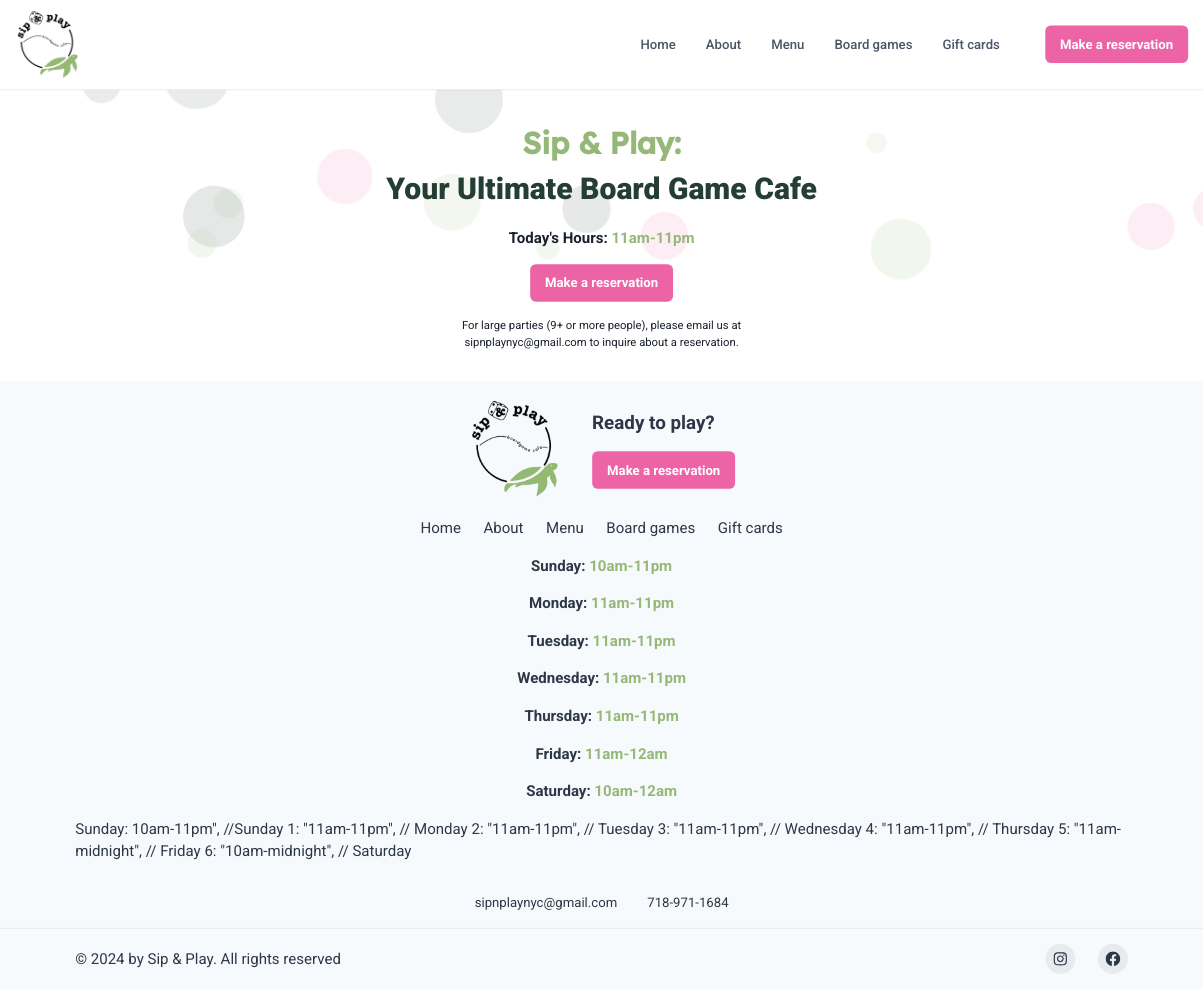
Repository: natespinetti/codedexsummerhackathon
Page: /
These files come from the project's save history. The page is drawn as it stood at one moment and after the next save; the edit follows.
The browser window is 1280 px wide. The pictures show the whole page, at 94% of full size.
The project was rebuilt for these pictures with package versions that can differ from the ones it lists, and the page was loaded fresh each time. The framework's server and built-in components were replaced by stand-ins that run in the browser. Also part of the build but not shown: next.config.mjs.

Above is the page before, as saved 2024-07-11 15:54:39.

### app/layout.tsx
"use client";
import Head from "next/head";
import React from "react";
import Header from "./components/Header";
import Footer from "./components/Footer";
import { Providers } from "./components/Providers";

export default function RootLayout({
  children,
}: {
  children: React.ReactNode;
}) {
  return (
    <html lang="en">
      <Head>
        <title>Sip & Play</title>
        <meta name="description" content="Board games and boba!" />
        <meta name="viewport" content="width=device-width, initial-scale=1" />
        <link rel="icon" href="/favicons/favicon.ico" />
      </Head>
      <body>
        <Providers>
          <Header />
          <main>{children}</main>
          <Footer />
        </Providers>
      </body>
    </html>
  );
}

### app/page.tsx
import Image from "next/image";
import HomeHero from "./components/HomeHero";

export default function Home() {
  return (
    <>
      <HomeHero />
    </>
  );
}

### app/components/Header.tsx
"use client";

import {
  Box,
  Flex,
  Text,
  IconButton,
  Button,
  Stack,
  Collapse,
  Icon,
  Popover,
  PopoverTrigger,
  PopoverContent,
  useColorModeValue,
  useBreakpointValue,
  Image,
  useDisclosure,
} from "@chakra-ui/react";
import {
  HamburgerIcon,
  CloseIcon,
  ChevronDownIcon,
  ChevronRightIcon,
} from "@chakra-ui/icons";
import CurrentDayHours from "./CurrentDaysHours";

export default function Header() {
  const { isOpen, onToggle } = useDisclosure();

  return (
    <Box>
      <Flex
        bg={useColorModeValue("white", "gray.800")}
        color={useColorModeValue("gray.600", "white")}
        minH={"60px"}
        py={{ base: 2 }}
        px={{ base: 4 }}
        borderBottom={1}
        borderStyle={"solid"}
        borderColor={useColorModeValue("gray.200", "gray.900")}
        align={"center"}
      >
        <Flex
          flex={{ base: 1, md: "auto" }}
          ml={{ base: -2 }}
          display={{ base: "flex", md: "none" }}
        >
          <IconButton
            onClick={onToggle}
            icon={
              isOpen ? <CloseIcon w={3} h={3} /> : <HamburgerIcon w={5} h={5} />
            }
            variant={"ghost"}
            aria-label={"Toggle Navigation"}
          />
        </Flex>
        <Flex flex={{ base: 1 }} justify={{ base: "center", md: "start" }}>
          <Text
            textAlign={useBreakpointValue({ base: "center", md: "left" })}
            fontFamily={"heading"}
            color={useColorModeValue("gray.800", "white")}
          >
            <Image
              maxW="70px"
              src="/logos/sipnplay2.png"
              alt="Sip & Play Logo"
            />
          </Text>

          <Flex
            display={{ base: "none", md: "flex" }}
            mr={10}
            alignItems="center"
            ml="auto"
          >
            <DesktopNav />
          </Flex>
        </Flex>

        <Stack
          flex={{ base: 1, md: 0 }}
          justify={"flex-end"}
          direction={"row"}
          spacing={6}
        >
          {/* <Button
            as={"a"}
            fontSize={"sm"}
            fontWeight={400}
            variant={"link"}
            href={"#"}
          >
            Sign In
          </Button> */}
          <Button
            as={"a"}
            display={{ base: "none", md: "inline-flex" }}
            fontSize={"sm"}
            fontWeight={600}
            color={"white"}
            bg={"pink.400"}
            href={"https://www.exploretock.com/sipnplay/"}
            target="_blank"
            _hover={{
              bg: "pink.300",
            }}
          >
            Make a reservation
          </Button>
        </Stack>
      </Flex>

      <Collapse in={isOpen} animateOpacity>
        <MobileNav />
      </Collapse>
    </Box>
  );
}

const DesktopNav = () => {
  const linkColor = useColorModeValue("gray.600", "gray.200");
  const linkHoverColor = useColorModeValue("gray.800", "white");
  const popoverContentBgColor = useColorModeValue("white", "gray.800");

  return (
    <Stack direction={"row"} spacing={4}>
      {NAV_ITEMS.map((navItem) => (
        <Box key={navItem.label}>
          <Popover trigger={"hover"} placement={"bottom-start"}>
            <PopoverTrigger>
              <Box
                as="a"
                p={2}
                href={navItem.href ?? "#"}
                fontSize={"sm"}
                fontWeight={500}
                color={linkColor}
                _hover={{
                  textDecoration: "none",
                  color: linkHoverColor,
                }}
              >
                {navItem.label}
              </Box>
            </PopoverTrigger>

            {navItem.children && (
              <PopoverContent
                border={0}
                boxShadow={"xl"}
                bg={popoverContentBgColor}
                p={4}
                rounded={"xl"}
                minW={"sm"}
              >
                <Stack>
                  {navItem.children.map((child) => (
                    <DesktopSubNav key={child.label} {...child} />
                  ))}
                </Stack>
              </PopoverContent>
            )}
          </Popover>
        </Box>
      ))}
    </Stack>
  );
};

const DesktopSubNav = ({ label, href, subLabel }: NavItem) => {
  return (
    <Box
      as="a"
      href={href}
      role={"group"}
      display={"block"}
      p={2}
      rounded={"md"}
      _hover={{ bg: useColorModeValue("pink.50", "gray.900") }}
    >
      <Stack direction={"row"} align={"center"}>
        <Box>
          <Text
            transition={"all .3s ease"}
            _groupHover={{ color: "pink.400" }}
            fontWeight={500}
          >
            {label}
          </Text>
          <Text fontSize={"sm"}>{subLabel}</Text>
        </Box>
        <Flex
          transition={"all .3s ease"}
          transform={"translateX(-10px)"}
          opacity={0}
          _groupHover={{ opacity: "100%", transform: "translateX(0)" }}
          justify={"flex-end"}
          align={"center"}
          flex={1}
        >
          <Icon color={"pink.400"} w={5} h={5} as={ChevronRightIcon} />
        </Flex>
      </Stack>
    </Box>
  );
};

const MobileNav = () => {
  return (
    <Stack
      bg={useColorModeValue("white", "gray.800")}
      p={4}
      display={{ md: "none" }}
    >
      {NAV_ITEMS.map((navItem) => (
        <MobileNavItem key={navItem.label} {...navItem} />
      ))}
    </Stack>
  );
};

const MobileNavItem = ({ label, children, href }: NavItem) => {
  const { isOpen, onToggle } = useDisclosure();

  return (
    <Stack spacing={4} onClick={children && onToggle}>
      <Box
        py={2}
        as="a"
        href={href ?? "#"}
        justifyContent="space-between"
        alignItems="center"
        _hover={{
          textDecoration: "none",
        }}
      >
        <Text
          fontWeight={600}
          color={useColorModeValue("gray.600", "gray.200")}
        >
          {label}
        </Text>
        {children && (
          <Icon
            as={ChevronDownIcon}
            transition={"all .25s ease-in-out"}
            transform={isOpen ? "rotate(180deg)" : ""}
            w={6}
            h={6}
          />
        )}
      </Box>

      <Collapse in={isOpen} animateOpacity style={{ marginTop: "0!important" }}>
        <Stack
          mt={2}
          pl={4}
          borderLeft={1}
          borderStyle={"solid"}
          borderColor={useColorModeValue("gray.200", "gray.700")}
          align={"start"}
        >
          {children &&
            children.map((child) => (
              <Box as="a" key={child.label} py={2} href={child.href}>
                {child.label}
              </Box>
            ))}
        </Stack>
      </Collapse>
    </Stack>
  );
};

interface NavItem {
  label: string;
  subLabel?: string;
  children?: Array<NavItem>;
  href?: string;
}

const NAV_ITEMS: Array<NavItem> = [
  {
    label: "Home",
    href: "/",
  },
  {
    label: "About",
    children: [
      {
        label: "Our story",
        subLabel: "Where it all started",
        href: "#",
      },
      {
        label: "Feedback",
        subLabel: "Let us know what you think",
        href: "#",
      },
    ],
  },
  {
    label: "Menu",
    children: [
      {
        label: "Coffee",
        subLabel: "Hot and iced coffee options",
        href: "#",
      },
      {
        label: "Specialty drinks",
        subLabel: "Spice it up with flavors and teas",
        href: "#",
      },
      {
        label: "Boba",
        subLabel: "Who doesn't love boba?",
        href: "#",
      },
      {
        label: "Hot bites",
        subLabel: "Some snacks while you play",
        href: "#",
      },
      {
        label: "Sandwiches & salads",
        subLabel: "Need something more? This is the place",
        href: "#",
      },
      {
        label: "Seasonal specials",
        subLabel: "Bevs to fit the season",
        href: "#",
      },
      {
        label: "Beer/wine",
        subLabel: "Rotating menu from local breweries",
        href: "#",
      },
    ],
  },
  {
    label: "Board games",
    href: "#",
  },
  {
    label: "Gift cards",
    href: "#",
  },
];

### app/components/Footer.tsx
"use client";

import {
  Box,
  chakra,
  Container,
  Stack,
  Text,
  useColorModeValue,
  Button,
  Image,
  VisuallyHidden,
} from "@chakra-ui/react";
import { FaInstagram, FaTwitter, FaYoutube, FaFacebook } from "react-icons/fa";
import { ReactNode } from "react";

const SocialButton = ({
  children,
  label,
  href,
}: {
  children: ReactNode;
  label: string;
  href: string;
}) => {
  return (
    <chakra.button
      bg={useColorModeValue("blackAlpha.100", "whiteAlpha.100")}
      rounded={"full"}
      w={8}
      h={8}
      cursor={"pointer"}
      as={"a"}
      href={href}
      display={"inline-flex"}
      alignItems={"center"}
      justifyContent={"center"}
      transition={"background 0.3s ease"}
      _hover={{
        bg: useColorModeValue("blackAlpha.200", "whiteAlpha.200"),
      }}
    >
      <VisuallyHidden>{label}</VisuallyHidden>
      {children}
    </chakra.button>
  );
};

export default function Footer() {
  return (
    <Box
      bg={useColorModeValue("gray.50", "gray.900")}
      color={useColorModeValue("gray.700", "gray.200")}
    >
      <Container
        as={Stack}
        maxW={"6xl"}
        py={4}
        spacing={4}
        justify={"center"}
        align={"center"}
      >
        <Box display="flex" flexDir="row" alignItems="center" gridGap="2rem">
          <Image
            maxW="100px"
            src="/logos/sipnplay2.png"
            alt="Sip & Play Logo"
          />
          <Box>
            <Text fontWeight={700} fontSize="20px" pb="1rem">
              Ready to play?
            </Text>
            <Button
              as={"a"}
              display={{ base: "none", md: "inline-flex" }}
              fontSize={"sm"}
              fontWeight={600}
              color={"white"}
              bg={"pink.400"}
              href={"https://www.exploretock.com/sipnplay/"}
              target="_blank"
              _hover={{
                bg: "pink.300",
              }}
            >
              Make a reservation
            </Button>
          </Box>
        </Box>
        <Stack direction={"row"} spacing={6}>
          <Box as="a" href={"#"}>
            Home
          </Box>
          <Box as="a" href={"#"}>
            About
          </Box>
          <Box as="a" href={"#"}>
            Menu
          </Box>
          <Box as="a" href={"#"}>
            Board games
          </Box>
          <Box as="a" href={"#"}>
            Gift cards
          </Box>
        </Stack>
        <Text fontWeight="bold">
          Sunday:{" "}
          <Text color="#95b878" as="span">
            10am-11pm
          </Text>
        </Text>
        <Text fontWeight="bold">
          Monday:{" "}
          <Text color="#95b878" as="span">
            11am-11pm
          </Text>
        </Text>
        <Text fontWeight="bold">
          Tuesday:{" "}
          <Text color="#95b878" as="span">
            11am-11pm
          </Text>
        </Text>
        <Text fontWeight="bold">
          Wednesday:{" "}
          <Text color="#95b878" as="span">
            11am-11pm
          </Text>
        </Text>
        <Text fontWeight="bold">
          Thursday:{" "}
          <Text color="#95b878" as="span">
            11am-11pm
          </Text>
        </Text>
        <Text fontWeight="bold">
          Friday:{" "}
          <Text color="#95b878" as="span">
            11am-12am
          </Text>
        </Text>
        <Text fontWeight="bold">
          Saturday:{" "}
          <Text color="#95b878" as="span">
            10am-12am
          </Text>
        </Text>
        <Text>
          Sunday: 10am-11pm", //Sunday 1: "11am-11pm", // Monday 2: "11am-11pm",
          // Tuesday 3: "11am-11pm", // Wednesday 4: "11am-11pm", // Thursday 5:
          "11am-midnight", // Friday 6: "10am-midnight", // Saturday
        </Text>
        <Box
          display="flex"
          flexDir="row"
          gridGap="2rem"
          fontSize="14px"
          mt="1rem"
        >
          <Text as="a" href={"mailto:sipnplaynyc@gmail.com"}>
            sipnplaynyc@gmail.com
          </Text>
          <Text as="a" href={"tel:718-971-1684"}>
            718-971-1684
          </Text>
        </Box>
      </Container>

      <Box
        borderTopWidth={1}
        borderStyle={"solid"}
        borderColor={useColorModeValue("gray.200", "gray.700")}
      >
        <Container
          as={Stack}
          maxW={"6xl"}
          py={4}
          direction={{ base: "column", md: "row" }}
          spacing={4}
          justify={{ base: "center", md: "space-between" }}
          align={{ base: "center", md: "center" }}
        >
          <Text>© 2024 by Sip & Play. All rights reserved</Text>
          <Stack direction={"row"} spacing={6}>
            <SocialButton
              label={"Instagram"}
              href={"https://www.instagram.com/sipnplaynyc/?hl=en"}
            >
              <FaInstagram />
            </SocialButton>
            <SocialButton
              label={"Facebook"}
              href={"https://www.facebook.com/sipnplaynyc/"}
            >
              <FaFacebook />
            </SocialButton>
          </Stack>
        </Container>
      </Box>
    </Box>
  );
}

### app/components/Providers.tsx
import { SPTheme } from "@/ui/theme/theme";
import { ChakraProvider } from "@chakra-ui/react";
import { ReactNode } from "react";

export function Providers({ children }: { children: ReactNode }) {
  return <ChakraProvider theme={SPTheme}>{children}</ChakraProvider>;
}

### app/components/HomeHero.tsx
"use client";
import { Box, Text, Button, keyframes } from "@chakra-ui/react";
import CurrentDayHours from "./CurrentDaysHours";

const bubbleAnimation = keyframes`
  0% {
    transform: translateY(100px) scale(1);
    opacity: 1;
  }
  100% {
    transform: translateY(-1000px) scale(1.5);
    opacity: 0;
  }
`;

const bubbles = new Array(20).fill(0).map((_, index) => ({
  id: index,
  size: Math.random() * 3 + 1,
  left: Math.random() * 100,
  animationDuration: Math.random() * 20 + 10,
  animationDelay: Math.random() * 100,
}));

export default function HomeHero() {
  return (
    <>
      <Box position="relative" overflow="hidden" h="100%" w="100%">
        {bubbles.map((bubble, index) => (
          <Box
            key={bubble.id}
            position="absolute"
            bottom="0"
            left={`${bubble.left}%`}
            width={`${bubble.size}rem`}
            height={`${bubble.size}rem`}
            bg={
              index % 3 === 0
                ? "rgba(148, 185, 115, 0.3)"
                : index % 3 === 1
                ? "rgba(36, 62, 54, 0.3)"
                : "rgba(237, 100, 166, 0.3)"
            }
            borderRadius="50%"
            animation={`${bubbleAnimation} ${bubble.animationDuration}s linear infinite`}
            transitionDelay={`${bubble.animationDelay}s`}
          />
        ))}
        <Box
          position="relative"
          w="100vw"
          p="2rem"
          display="flex"
          flexDir="column"
          justifyItems="center"
          alignItems="center"
          gridGap="1rem"
          bg="rgba(255, 255, 255, 0.5)"
        >
          <Text
            as="h1"
            fontFamily="body"
            fontWeight="900"
            fontSize="2rem"
            color="#243E36"
            textAlign="center"
          >
            <Text
              as="span"
              color="#95b878"
              fontWeight="900"
              fontFamily="heading"
              fontSize="2rem"
            >
              Sip & Play:
              <br />
            </Text>
            Your Ultimate Board Game Cafe
          </Text>
          <CurrentDayHours />
          <Button
            as={"a"}
            display={{ base: "none", md: "inline-flex" }}
            fontSize={"sm"}
            fontWeight={600}
            color={"white"}
            bg={"pink.400"}
            href={"https://www.exploretock.com/sipnplay/"}
            target="_blank"
            _hover={{
              bg: "pink.300",
            }}
          >
            Make a reservation
          </Button>

          <Text
            fontSize="12px"
            w={{ base: "100%", md: "30%" }}
            textAlign="center"
          >
            For large parties (9+ or more people), please email us at{" "}
            <Text as="a" href="mailto:sipnplaynyc@gmail.com">
              sipnplaynyc@gmail.com
            </Text>{" "}
            to inquire about a reservation.
          </Text>
        </Box>
      </Box>
    </>
  );
}

### ui/theme/theme.tsx
import { extendTheme } from "@chakra-ui/react";
import { fonts } from "./fonts";

const overrides = {
  fonts,
};

export const SPTheme = extendTheme(overrides);

### app/components/CurrentDaysHours.tsx
import React from "react";
import { Box, Text } from "@chakra-ui/react";

const openingHours: { [key: number]: string } = {
  0: "10am-11pm", //Sunday
  1: "11am-11pm", // Monday
  2: "11am-11pm", // Tuesday
  3: "11am-11pm", // Wednesday
  4: "11am-11pm", // Thursday
  5: "11am-12am", // Friday
  6: "10am-12am", // Saturday
};

export default function CurrentDayHours() {
  const currentDay = new Date().getDay();
  const hours = openingHours[currentDay];

  return (
    <Box textAlign="center" fontSize="16px">
      <Text fontWeight="bold">
        Today's Hours:{" "}
        <Text color="#95b878" as="span">
          {hours}
        </Text>
      </Text>
    </Box>
  );
}

### ui/theme/fonts.tsx
import { Roboto, Lexend } from "next/font/google";

const roboto = Roboto({
  subsets: ["latin"],
  display: "swap",
  weight: ["100", "300", "400", "500", "700", "900"],
  style: ["normal", "italic"],
});

const lexend = Lexend({
  subsets: ["latin"],
  display: "swap",
  weight: ["300", "400", "500"],
  style: ["normal"],
});

export const fonts = {
  heading: lexend.style.fontFamily,
  body: roboto.style.fontFamily,
};

After the next save:
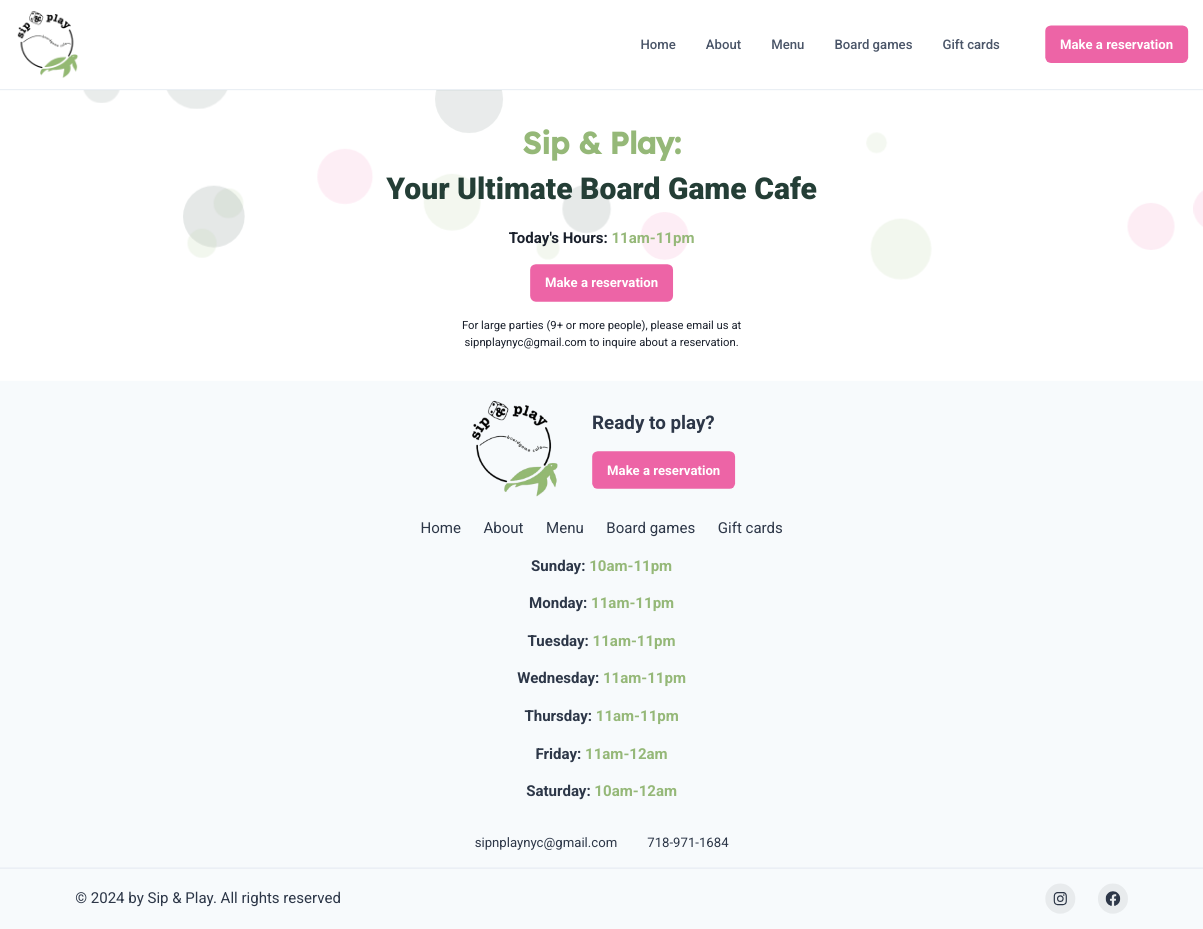
Saved 8 s later.
--- a/app/components/Footer.tsx
+++ b/app/components/Footer.tsx
@@ -146,11 +146,6 @@
             10am-12am
           </Text>
         </Text>
-        <Text>
-          Sunday: 10am-11pm", //Sunday 1: "11am-11pm", // Monday 2: "11am-11pm",
-          // Tuesday 3: "11am-11pm", // Wednesday 4: "11am-11pm", // Thursday 5:
-          "11am-midnight", // Friday 6: "10am-midnight", // Saturday
-        </Text>
         <Box
           display="flex"
           flexDir="row"
